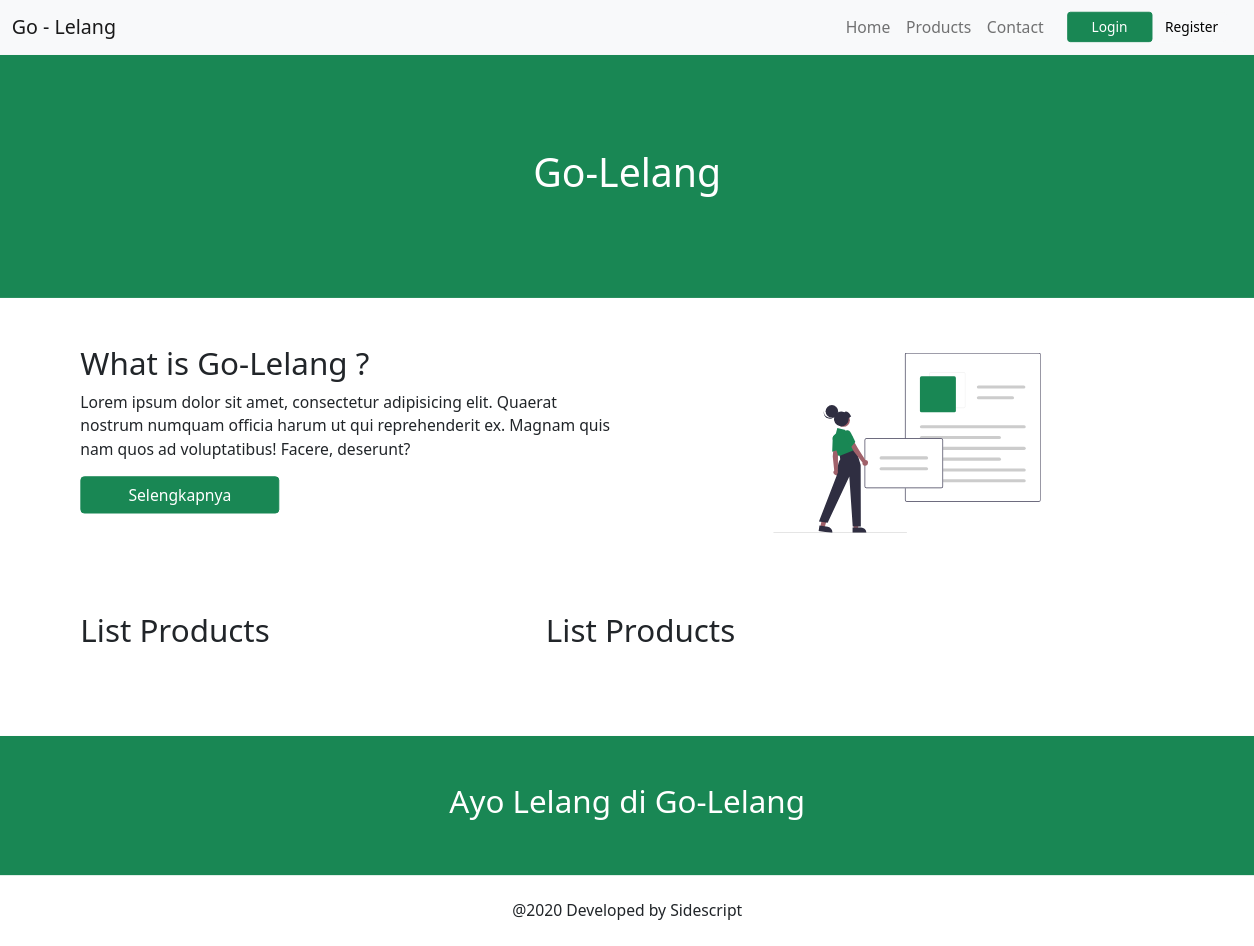
Repository: khulqu15/Go---Lelalng
Page: http://localhost/
The author's editor kept a copy of each file at every save. The page is drawn from the files as they stood at one save, then again after a run of saves.
The browser window is 1280 px wide. The pictures show the whole page, at 98% of full size.
The page is served by the project's Laravel application, run on PHP 8.4 with Laravel 8. Other server files are loaded and not shown. Queries for data that is not in the repository find no rows.

Above is the page before, as saved 2021-02-22 10:53:04.

### routes/web.php
<?php

use App\Http\Controllers\DashboardController;
use App\Http\Controllers\PageController;
use Illuminate\Support\Facades\Route;

/*
|--------------------------------------------------------------------------
| Web Routes
|--------------------------------------------------------------------------
|
| Here is where you can register web routes for your application. These
| routes are loaded by the RouteServiceProvider within a group which
| contains the "web" middleware group. Now create something great!
|
*/

Route::get('/', [PageController::class, 'home'])->name('home');
Route::get('products', [PageController::class, 'products'])->name('products');
Route::get('product/{id}', [PageController::class, 'product'])->name('product');
Route::get('contact', [PageController::class, 'contact'])->name('contact');
Route::get('login', [PageController::class, 'login'])->name('login');
Route::get('register', [PageController::class, 'register'])->name('register');

Route::group(['middleware' => ['userDashboard']], function() {
    Route::get('dashboard', [DashboardController::class, 'index'])->name('dashboard');
    Route::get('dashboard/product', [DashboardController::class, 'product'])->name('dashboard.product');
    Route::get('dashboard/user', [DashboardController::class, 'user'])->name('dashboard.user');
    Route::get('dashboard/auction', [DashboardController::class, 'auction'])->name('dashboard.auction');
});

### app/Http/Controllers/PageController.php
<?php

namespace App\Http\Controllers;

use App\Models\Category;
use App\Models\Product;
use Illuminate\Http\Request;

class PageController extends Controller
{
    public function home(Request $request)
    {
        $categories = Category::orderBy('id', 'DESC')->paginate(4);
        $query = Product::query();
        if($request->get('name')) {
            $products = $query->where('name', 'LIKE', '%'.$request->get('name').'%');
        }
        if($request->get('category')) {
            $products = $query->where('category_id', $request->get('category'));
        }
        $products = $query->with('Category')->orderBy('id', 'DESC')->paginate(3);
        return view('welcome', compact('products'));
    }

    public function products(Request $request)
    {
        $query = Product::query();
        if($request->get('name')) {
            $products = $query->where('name', 'LIKE', '%'.$request->get('name').'%');
        }
        if($request->get('category')) {
            $products = $query->where('category_id', $request->get('category'));
        }
        $products = $query->paginate(3);
        return view('page.products', compact('products'));
    }

    public function product($id)
    {
        $product = Product::find($id);
        return view('page.product', compact('product'));
    }

    public function contact()
    {
        return view('page.contact');
    }

    public function login()
    {
        return view('auth.login');
    }

    public function register()
    {
        return view('auth.register');
    }
}

### app/Models/Category.php
<?php

namespace App\Models;

use Illuminate\Database\Eloquent\Factories\HasFactory;
use Illuminate\Database\Eloquent\Model;

class Category extends Model
{
    use HasFactory;

    protected $table = 'categories';

    protected $fillable = ['name'];

    public function Product()
    {
        return $this->hasMany(Product::class, 'category_id');
    }
}

### app/Models/Product.php
<?php

namespace App\Models;

use Illuminate\Database\Eloquent\Factories\HasFactory;
use Illuminate\Database\Eloquent\Model;

class Product extends Model
{
    use HasFactory;

    protected $table = 'products';

    protected $fillable = ['name', 'category_id', 'price', 'close', 'picture', 'description'];

    public function Category()
    {
        return $this->belongsTo(Category::class, 'category_id');
    }
}

### resources/views/welcome.blade.php
@extends('layout.app')

@section('title', 'Home')

@section('content')
<div class="container-fluid bg-success">
    <div class="row py-5">
        <div class="col-md-12 px-0 py-5 text-center">
            <h1 class="text-white font-weight-bold">Go-Lelang</h1>
        </div>
    </div>
</div>
<div class="container py-5">
    <div class="row">
        <div class="col-md-6">
            <h2 class="font-weight-bold">What is Go-Lelang ?</h2>
            <p>Lorem ipsum dolor sit amet, consectetur adipisicing elit. Quaerat nostrum numquam officia harum ut qui reprehenderit ex. Magnam quis nam quos ad voluptatibus! Facere, deserunt?</p>
            <button class="btn btn-success rounded px-5">Selengkapnya</button>
        </div>
        <div class="col-md-6 text-center py-2">
            <img src="{{ asset('img/illust/what.svg') }}" alt="Introduction" class="w-50">
        </div>
    </div>
</div>
<div class="container">
    <div class="row">
        <div class="col-md-5 py-4">
            <h2 class="font-weight-bold">List Products</h2>
        </div>
        <div class="col-md-7 py-4">
            <h2 class="font-weight-bold">List Products</h2>
        </div>
        @foreach ($products as $product)
        <div class="col-lg-4 col-md-6">
            <div class="card w-100 position-relative">
                <div class="badge bg-success mb-2 position-absolute" style="right: 10px; top: 10px">{{ $product->category->name }}</div>
                <div class="image">
                    <img src="{{ asset('img/product/'.$product->picture) }}" class="image-fit-card" alt="{{ $product->name }}">
                </div>
                <div class="card-body">
                    <h5 class="card-title mb-0">{{ $product->name }}</h5>
                    <p class="text-sm textm-gray mb-2">Tutup pada : {{ \Carbon\Carbon::create($product->close)->isoFormat('dddd, D MMM Y') }}</p>
                    <div class="row">
                        <div class="col-md-6">
                            <h5 class="text-success mt-1">Rp. {{ number_format($product->price) }},-</h5>
                        </div>
                        <div class="col-md-6">
                            <div class="text-right">
                                <button href="#" class="btn btn-success d-inline-block px-3">More detail</button>
                            </div>
                        </div>
                    </div>
                </div>
            </div>
        </div>
        @endforeach
        <div class="mt-4 mb-2 text-right">
            <div class="d-inline-block">
                {{ $products->links() }}
            </div>
        </div>
    </div>
</div>
<div class="container-fluid bg-success py-5">
    <div class="row">
        <div class="col-md-12 text-white text-center">
            <h2 class="font-weight-bold">Ayo Lelang di Go-Lelang</h2>
        </div>
    </div>
</div>
@endsection

### resources/views/layout/app.blade.php
<!DOCTYPE html>
<html lang="en">
<head>
    <meta charset="UTF-8">
    <meta name="viewport" content="width=device-width, initial-scale=1.0">
    <meta http-equiv="X-UA-Compatible" content="ie=edge">
    <title>GO - Lelang | @yield('title')</title>

    <script src="{{ mix('css/app.css') }}"></script>
    <link rel="stylesheet" href="{{ asset('css/bootstrap.min.css') }}">
    <link rel="stylesheet" href="{{ asset('css/all.min.css') }}">
    <link rel="stylesheet" href="{{ asset('css/fontawesome.min.css') }}">
    <link rel="stylesheet" href="{{ asset('css/style.css') }}">

    <script src="{{ mix('js/app.js') }}"></script>
    <script src="{{ asset('js/jquery-3.5.1.min.js') }}"></script>
    <script src="{{ asset('js/bootstrap.min.js') }}"></script>
    <script src="{{ asset('js/all.min.js') }}"></script>
    <script src="{{ asset('js/fontawesome.min.js') }}"></script>

</head>
<body>

    <nav class="navbar navbar-expand-lg navbar-light bg-light">
        <div class="container-fluid">
            <a class="navbar-brand" href="{{ route('home') }}">Go - Lelang</a>
            <button class="navbar-toggler" type="button" data-bs-toggle="collapse" data-bs-target="#navbarSupportedContent" aria-controls="navbarSupportedContent" aria-expanded="false" aria-label="Toggle navigation">
                <span class="navbar-toggler-icon"></span>
            </button>
            <div class="collapse navbar-collapse" id="navbarSupportedContent">
                <ul class="navbar-nav ms-auto mb-2 mb-lg-0">
                    <li class="nav-item">
                        <a class="nav-link {{ Request::is('home') ? 'active' : '' }}" aria-current="page" href="{{ route('home') }}">Home</a>
                    </li>
                    <li class="nav-item">
                        <a class="nav-link {{ Request::is('products') ? 'active' : '' }}"" href="{{ route('products') }}">Products</a>
                    </li>
                    <li class="nav-item">
                        <a class="nav-link {{ Request::is('contact') ? 'active' : '' }}"" href="{{ route('contact') }}">Contact</a>
                    </li>
                    <li class="nav-item pt-1 px-3">
                        <button class="btn btn-success btn-sm px-4" onclick="window.location = '{{ route('login') }}'">Login</button>
                        <button class="btn btn-light btn-sm px-2" onclick="window.location = '{{ route('register') }}'">Register</button>
                    </li>
                </ul>
            </div>
        </div>
    </nav>

    @yield('content')

    <footer class="container-fluid py-4">
        <div class="row">
            <div class="col-md-12 text-center">
                <p class="mb-0">@2020 Developed by Sidescript</p>
            </div>
        </div>
    </footer>
</body>
</html>

### public/css/style.css
body {
    overflow-x: hidden !important;
}
.viga {
    font-family: 'Viga', sans-serif;
}
.bgm-primary {
    background-color: #E62A2A !important;
}
.bgm-primary-light {
    background-color: #FFCECE !important;
}
.btnm-primary {
    border: none;
    border-radius: 0px !important;
    transition: all .3s ease-in-out;
    background-color: #E62A2A !important;
    padding: 1rem 2rem;
    color: white;
}
.shadow-smooth {
    box-shadow: 10px 20px 49px -8px rgba(0, 0, 0, 0.08) !important;
}
.page-item.active .page-link {
    background-color: #198754 !important;
    border-color: #198754 !important;
    color: white !important;
}
.page-link {
    color: #198754 !important;
}
.text-right {
    text-align: right !important;
}
.text-left {
    text-align: left !important;
}
.text-sm {
    font-size: .8rem;
}
.text-center {
    text-align: center !important;
}
.cursor-point {
    cursor: pointer;
}
.btnm-primary:hover {
    color: white !important;
    background-color: #c01c1c !important;
}
.btnm-light {
    border: none;
    border-radius: 0px !important;
    transition: all .3s ease-in-out;
    background-color: #f2f2f2 !important;
    padding: 1rem 2rem;
    color: #292929;
}
.btnm-light:hover {
    color: #292929 !important;
    background-color: #c2c2c2 !important;
}
.textm-primary {
    color: #E62A2A !important;
}
.textm-gray {
    color: gray !important;
}

.input-search-home {
    width: 80%;
    position: absolute;
    left: 10%;
    height: 60px;
    box-shadow: 0px 20px 40px -6px rgba(0, 0, 0, 0.12);
    top: -50px;
    background-color: white;
}
.input-search-home input {
    height: 60px;
}
.input-search-home button,
.input-search-home a {
    position: relative;
    top: -10px;
}
.maxm-height {
    min-height: 70vh;
    max-height: 70vh !important;
    overflow-y: auto !important;
    overflow-x: hidden !important;
}


.card-product {
    width: 100%;
    transition: all .3s ease-in-out;
    height: 370px;
    background-color: white;
}
.card-product:hover {
    box-shadow: 12px 24px 48px rgba(0, 0, 0, 0.09);
}
.card-product .image {
    width: 100%;
    height: 170px;
    background-color: #f36c6c;
    overflow: hidden;
}
.card-product .image img {
    transition: all .3s ease-in-out;
}
.card-product .image:hover img {
    transform: scale(1.1);
    opacity: .6;
}
.card-product .like {
    width: 50px;
    height: 50px;
    border-radius: 50px;
    background-color: #fccece;
    color: #E62A2A;
    position: absolute;
    line-height: 53px;
    text-align: center;
    z-index: 10;
    top: 140px;
    right: 20px;
    transition: all .3s ease-in-out;
}
.card-product .like:hover {
    cursor: pointer;
    background-color: #c01c1c;
    color: #FFCECE;
}
.card-product .liked {
    width: 50px;
    height: 50px;
    border-radius: 50px;
    background-color: #E62A2A;
    color: #fccece;
    position: absolute;
    line-height: 53px;
    text-align: center;
    z-index: 10;
    top: 140px;
    right: 20px;
    transition: all .3s ease-in-out;
}
.card-product .like:hover {
    cursor: pointer;
    color: #c01c1c;
    background-color: #FFCECE;
}
.image-fit-card {
    width: 100%;
    height: 100%;
    object-fit: cover !important;
}
.card-product .line-category {
    display: inline-block;
    width: 20px;
    height: 3px;
    background-color: gray;
}

.bg-hammer-bottom {
    background: url('../img/wallpaper/hammer.png');
    background-attachment: fixed;
    background-position: center;
    background-size: cover;
}

.input-email-footer {
    position: relative;
    width: 100%;
    height: 70px;
    box-shadow: 0px 19px 38px rgba(0, 0, 0, 0.12);
    background-color: white;
}
.input-email-footer input {
    height: 70px;
    width: 100%;
}
.input-email-footer button {
    position: relative;
    top: -8px
}

.menu-footer {
    color: rgba(255, 255, 255, .5);
}
.menu-footer.active,
.menu-footer:hover {
    color: rgba(255, 255, 255, 1);
    cursor: pointer;
    transition: all .4s ease-in-out;
}
.menu-footer .icon {
    position: absolute;
    right: -50px;
    opacity: 0;
    transition: all .2s ease-in-out;
    visibility: hidden;
}
.menu-footer.active .icon,
.menu-footer:hover .icon {
    position: relative;
    opacity: 1;
    right: 0;
    visibility: visible;
}
.menu-footer .menu-title {
    transition: all .2s ease-in-out;
    position: relative;
    font-size: 3rem;
    right: -10px;
}
.menu-footer.active .menu-title,
.menu-footer:hover .menu-title {
    position: relative;
    right: 0px;
}

.icons-footer svg {
    transition: all .2s ease-in-out;
    color: #c2c2c2;
    margin: 0px .8rem;
    font-size: 1.4rem;
}

.icons-footer svg:hover {
    cursor: pointer;
    color: #767676;
}

.navbar {
    transition: all .3s ease-in-out;
    z-index: 100;
}
.burger {
    position: relative;
    top: -5px;
    margin: 10px 0px 0px 0px;
}
.burger div {
    width: 30px;
    height: 2px;
    margin: 7px 0px;
    position: relative;
    background-color: #767676;
    transition: all .3s ease-in-out;
}
.burger.times div:nth-child(1) {
    transform: rotate(45deg);
    top: 5px;
}
.burger.times div:nth-child(2) {
    transform: rotate(-45deg);
    top: -5px;
}

.navbar-fixed {
    position: fixed;
    width: 100%;
    z-index: 50;
    overflow-x: hidden !important;
    overflow-y: auto !important;
    height: 100%;
    top: 0;
    opacity: 1;
    transform: skew(0deg);
    background-color: white;
    visibility: visible;
    right: 0;
    transition: all .5s ease-in;
}
.avatar-sm {
    width: 40px;
    height: 40px;
    border-radius: 40px;
    overflow: hidden;
    display: inline-block;
}
.avatar-md {
    width: 50px;
    height: 50px;
    border-radius: 50px;
    overflow: hidden;
    display: inline-block;
}
.avatar-sm-navbar {
    width: 40px;
    height: 40px;
    border-radius: 40px;
    display: inline-block;
    right: 120px;
    position: absolute;
    z-index: 10;
    overflow: hidden;
    transition: all .3s ease-in-out;
    top: 24px;
    box-sizing: content-box;
}
.avatar-sm-navbar:hover {
    cursor: pointer;
    border: 4px solid gainsboro;
    top: 20px;
    right: 112px;
}
.navbar-fixed.hide {
    transform: skew(10deg) !important;
    opacity: 0 !important;
    right: -100% !important;
    visibility: hidden !important;
}
.menu-navbar {
    color: rgba(44, 44, 44, 0.5);
}
.menu-navbar.active,
.menu-navbar:hover {
    color: rgba(44, 44, 44, 1) !important;
    cursor: pointer;
    transition: all .4s ease-in-out;
}
.menu-navbar .icon {
    position: absolute;
    right: -50px;
    opacity: 0;
    transition: all .2s ease-in-out;
    visibility: hidden;
}
.menu-navbar.active .icon,
.menu-navbar:hover .icon {
    position: relative;
    opacity: 1;
    right: 0;
    visibility: visible;
}
.menu-navbar .menu-title {
    transition: all .2s ease-in-out;
    position: relative;
    font-size: 3rem;
    right: -10px;
}
.menu-navbar.active .menu-title,
.menu-navbar:hover .menu-title {
    position: relative !important;
    right: 0px !important;
}
a {
    text-decoration: none !important;
}
.full-page,
.bg-product {
    width: 100%;
    min-height: 100vh;
    overflow: hidden;
    position: relative;
    background-color: #292929;
}
.full-page {
    background-color: #f36c6c !important;
}
.bg-product img {
    opacity: .8;
}

.avatar-profile {
    width: 80px;
    margin: 0px auto;
    height: 80px;
    display: inline-block;
    border-radius: 80px;
    overflow: hidden !important;
    background-color: #E62A2A;
}
.ellipsis-menu-right {
    top: 0;
    right: 0;
    margin: .7rem;
    font-size: 1.2rem;
}

.card-profile-navbar {
    background-color: white;
    width: 300px;
    position: relative;
    z-index: 100;
}
.card-auction {
    box-shadow: 0px 5px 15px rgba(0, 0, 0, 0.12);
    transition: all .3s ease-in-out;
}
.card-auction:hover {
    box-shadow: 0px 10px 30px rgba(0, 0, 0, 0.1);
}
.alert-respond {
    width: 50%;
    top: 20%;
    z-index: 100;
    left: 25%;
}
@media only screen and (max-width: 760px) {
    .alert-respond {
        z-index: 100;
        top: 20%;
        width: 80%;
        left: 10%;
    }
}

.btn-fab {
    position: fixed;
    right: 25px;
    bottom: 25px;
    z-index: 100;
}

.menu-ellipsis {
    width: 260px;
    overflow: hidden;
    right: 0;
    background-color: white;
    transition: all .3s ease-in-out;
    box-shadow: 0px 10px 20px rgba(0, 0, 0, 0.08);
}
.menu-ellipsis.hide {
    opacity: 0 !important;
    visibility: hidden !important;
    right: -20px !important;
}
.menu-ellipsis .item {
    padding: .7rem 1.4rem;
    transition: all .3s ease-in-out;
    text-align: right !important;
    cursor: pointer;
}
.menu-ellipsis .item:hover {
    background-color: gainsboro;
}

Loaded but not shown: app/Providers/AppServiceProvider.php (common file); app/Http/Controllers/Controller.php (common file); public/mix-manifest.json (common file); public/css/bootstrap.min.css (library); public/css/all.min.css (library); public/css/fontawesome.min.css (library); public/js/app.js (library); public/js/jquery-3.5.1.min.js (library); public/js/bootstrap.min.js (library); public/js/fontawesome.min.js (library); public/img/illust/what.svg (1 lines, source omitted); public/css/app.css (empty)

After the next 2 saves:
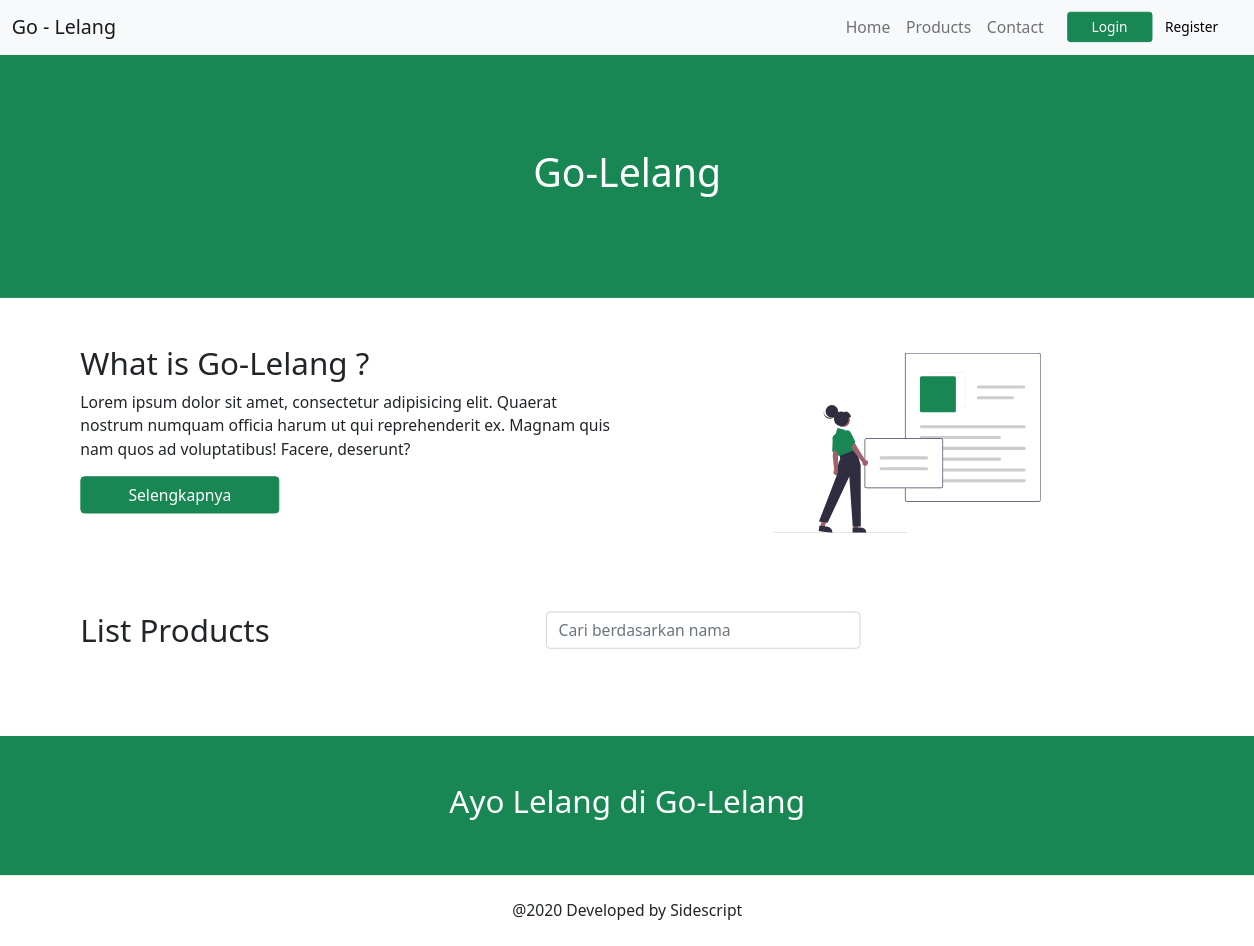
The 2 saves are shown as one change because they came seconds apart.
The last was saved 116 s later.
--- a/resources/views/welcome.blade.php
+++ b/resources/views/welcome.blade.php
@@ -28,7 +28,15 @@
             <h2 class="font-weight-bold">List Products</h2>
         </div>
         <div class="col-md-7 py-4">
-            <h2 class="font-weight-bold">List Products</h2>
+            <div class="row">
+                <form action="{{ route('home') }}" method="GET">
+                    <div class="col-md-6">
+                        <div class="form-group">
+                            <input type="text" class="form-control" name="name" placeholder="Cari berdasarkan nama">
+                        </div>
+                    </div>
+                </form>
+            </div>
         </div>
         @foreach ($products as $product)
         <div class="col-lg-4 col-md-6">
